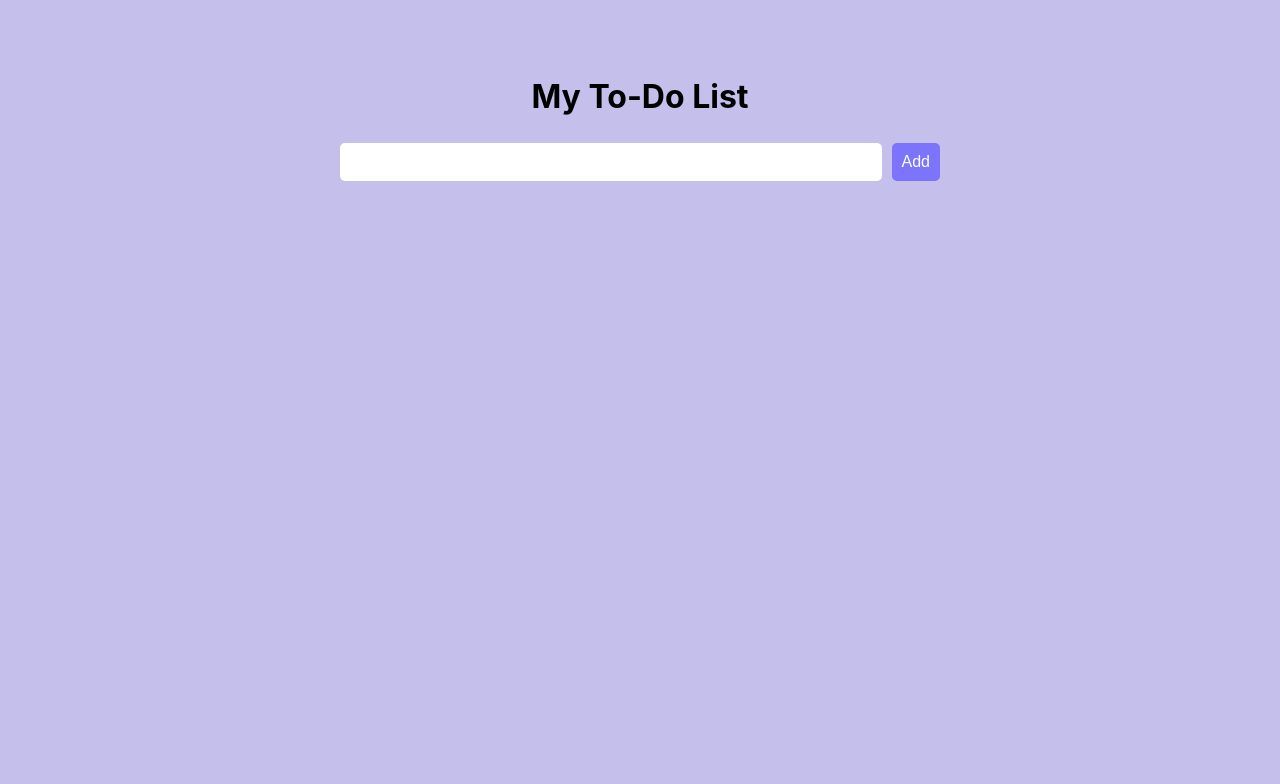
Repository: bianphang/todo-list_vanilla-js
Page: index.html
An editor plug-in stored every save of this project. The page is shown before and after the next save, followed by the edit.
The browser window is 1280 px wide. The pictures show the whole page.

Above is the page before, as saved 2024-06-10 15:03:23.

### index.html
<!DOCTYPE html>
<html lang="en">
  <head>
    <meta charset="UTF-8" />
    <meta name="viewport" content="width=device-width, initial-scale=1.0" />
    <title>Todo List</title>
    <link rel="stylesheet" href="styles.css" />
  </head>
  <body>
    <div class="container">
      <h1 class="title">My To-Do List</h1>
      <form class="form" id="addForm">
        <input class="input" id="addInput" type="text" />
        <button class="btn">Add</button>
      </form>
      <ul class="todo-list" id="todoList"></ul>
    </div>
    <script src="script.js"></script>
  </body>
</html>

### styles.css
body {
  font-family: Inter, system-ui, Avenir, Helvetica, Arial, sans-serif;
  line-height: 1.5;
  font-weight: 400;

  color-scheme: light dark;
  color: #000;
  background-color: rgba(108, 99, 205, 0.4);
  max-width: 1280px;
  min-height: 100vh;
  margin: 0 auto;
  padding: 2rem;
  text-align: center;
}

.container {
  max-width: 600px;
  padding: 20px;
  position: relative;
  top: 0;
  left: 50%;
  transform: translate(-50%, 0);
}

.title {
  text-align: center;
}

.todo-list {
  min-height: 200px;
  list-style: none;
  padding: 0;
  margin-top: 50px;
}

.todo-item {
  display: flex;
  justify-content: space-between;
  align-items: center;

  max-width: 100%;
  padding: 10px;
  margin-bottom: 10px;
  font-size: 16px;
  border-radius: 10px;
  border: 2px solid gray;
  background-color: #f5f5f5;
}

.todo-item .todo-label {
  flex: 1;
  font-size: 20px;
  text-align: left;
  color: black;
}

.todo-item .todo-action {
  display: flex;
  gap: 10px;
}

.form {
  width: 100%;
  display: flex;
  align-items: center;
  gap: 10px;
}

.input {
  flex: 1;
  padding: 10px;
  font-size: 16px;
  border-radius: 5px;
  border: none;
}

.btn {
  padding: 10px;
  font-size: 16px;
  color: #fff;
  background-color: #7c74fd;
  border-radius: 5px;
  border: none;
  cursor: pointer;
}

.btn:hover {
  opacity: 0.7;
}

.btn.btn-edit {
  background-color: #d3c11f;
}

.btn.btn-delete {
  background-color: #bf1627;
}

.btn.btn-done {
  background-color: #09a72e;
}

.todo-item.done {
  background-color: #585858;
}

.todo-item.done .todo-label {
  text-decoration: line-through;
  color: #fff;
}

.todo-item.done .btn-done {
  background-color: #d3c11f;
}

### script.js
let todos = [];

/*--- HANDLE ADD FORM ---*/
const addInputNode = document.getElementById('addInput');
const addFormNode = document.getElementById('addForm');
addFormNode.addEventListener('submit', (event) => {
  event.preventDefault();
  if (addInputNode.value) {
    addTodo(addInputNode.value);
    addInputNode.value = '';
  }
});

function addTodo(addedValue) {
  const newTodo = {
    id: Date.now(),
    label: addedValue,
    isDone: false,
  };
  todos.unshift(newTodo);
  renderTodos();
}
/*-----------------------*/

/*--- HANDLE RENDER TODO-ITEMS ---*/
function renderTodos() {
  // create todo list node
  const todoListNode = document.getElementById('todoList');
  todoListNode.innerHTML = '';

  // loop through "todos" array to handle render todo-items
  todos.forEach((todo) => {
    // this is todo-item's keys
    const { id, label, isDone, isEditting } = todo || {};

    // todoItemNode: wrap toto-item content
    const todoItemNode = document.createElement('li');
    todoItemNode.className = `todo-item ${isDone ? 'done' : ''}`;
    todoItemNode.id = id;

    // labelNode: render todo-item label
    const labelNode = document.createElement('span');
    labelNode.className = 'todo-label';
    labelNode.innerText = label;

    // actionNode: wrap todo-item actions
    const actionNode = document.createElement('div');
    actionNode.className = 'todo-action';

    // deleteBtnNode: button handle delete action
    const deleteBtnNode = document.createElement('button');
    deleteBtnNode.className = 'btn btn-delete';
    deleteBtnNode.innerText = 'Delete';
    deleteBtnNode.addEventListener('click', (event) => {
      event.preventDefault();
      deleteTodo(id);
    });

    // editBtnNode: button handle edit action
    const editBtnNode = document.createElement('button');
    editBtnNode.className = 'btn btn-edit';
    editBtnNode.innerText = 'Edit';
    editBtnNode.addEventListener('click', (event) => {
      event.preventDefault();
      toggleEditView(id);
    });

    // doneBtnNode: button handle done action
    const doneBtnNode = document.createElement('button');
    doneBtnNode.className = 'btn btn-done';
    doneBtnNode.innerText = isDone ? 'Undone' : 'Done';
    doneBtnNode.addEventListener('click', (event) => {
      event.preventDefault();
      updateTodoStatus(id);
    });

    // editInputNode: input handle get user edited-label
    const editInputNode = document.createElement('input');
    editInputNode.className = 'input editInput';
    editInputNode.value = label;

    // saveBtnNode: button handle save user edited-label
    const saveBtnNode = document.createElement('button');
    saveBtnNode.className = 'btn';
    saveBtnNode.innerText = 'Save';

    // editFormNode: form cover & handle submit edited-label
    const editFormNode = document.createElement('form');
    editFormNode.className = 'form editForm';
    editFormNode.addEventListener('submit', (event) => {
      event.preventDefault();
      if (editInputNode.value) {
        updateTodoLabel(id, editInputNode.value);
        toggleEditView(id);
        editInputNode.value = '';
      }
    });

    // if "isEditting" true, render edit view with editFormNode
    if (isEditting) {
      editFormNode.appendChild(editInputNode);
      editFormNode.appendChild(saveBtnNode);

      todoItemNode.appendChild(editFormNode);
    }
    // if "isEditting" false, render info view with labelNode & actionNode
    else {
      actionNode.appendChild(deleteBtnNode);
      !isDone && actionNode.appendChild(editBtnNode);
      actionNode.appendChild(doneBtnNode);

      todoItemNode.appendChild(labelNode);
      todoItemNode.appendChild(actionNode);
    }

    // add this todoItemNode into todoListNode
    todoListNode.appendChild(todoItemNode);
  });
}
/*-----------------------*/

/*--- FUNCTIONS ---*/
/**
 * handle delete todo item by id
 * @param {*} id
 */
function deleteTodo(id) {
  todos = todos.filter((todo) => todo.id !== id);
  renderTodos();
}

/**
 * handle update todo item's status
 * @param {*} id
 */
function updateTodoStatus(id) {
  todos = todos.map((todo) =>
    todo.id === id ? { ...todo, isDone: !todo.isDone } : todo
  );
  renderTodos();
}

/**
 * handle toggle todo item's edit view
 * @param {*} id
 */
function toggleEditView(id) {
  todos = todos.map((todo) =>
    todo.id === id ? { ...todo, isEditting: !todo.isEditting } : todo
  );
  renderTodos();
}

/**
 * handle update todo item's label
 * @param {*} id
 * @param {*} editedLabel
 */
function updateTodoLabel(id, editedLabel) {
  todos = todos.map((todo) =>
    todo.id === id ? { ...todo, label: editedLabel } : todo
  );
  renderTodos();
}

After the next save:
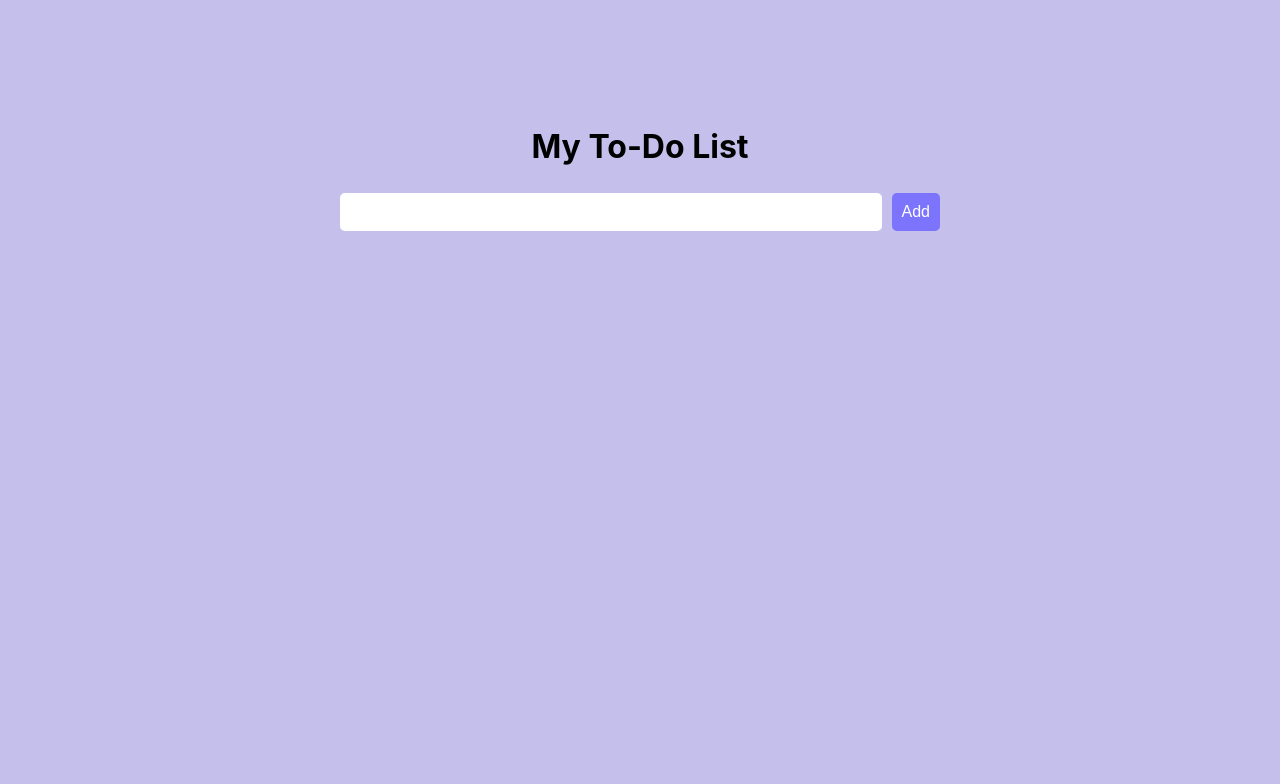
Saved 100 s later.
--- a/styles.css
+++ b/styles.css
@@ -17,7 +17,7 @@ body {
   max-width: 600px;
   padding: 20px;
   position: relative;
-  top: 0;
+  top: 50px;
   left: 50%;
   transform: translate(-50%, 0);
 }
